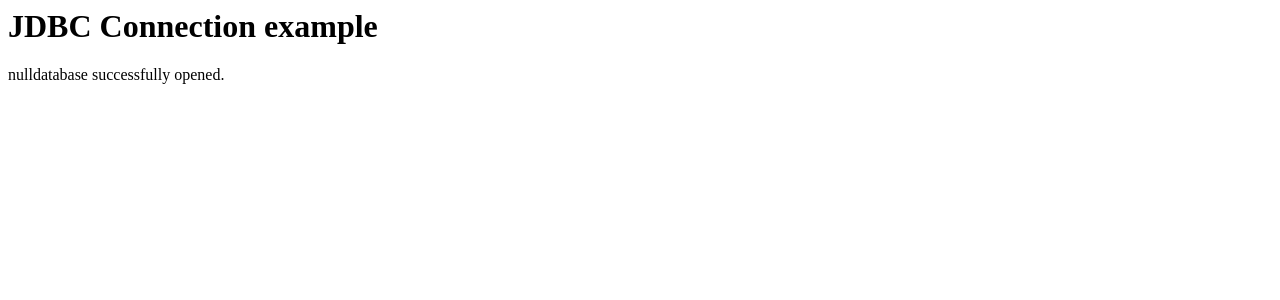
Repository: emmaclkasper/CS4300
Page: http://localhost/test/database.jsp
An editor plug-in stored every save of this project. The page is shown before and after a run of saves, followed by the edit.
The browser window is 1280 px wide. The pictures show the whole page.
The page is served by Tomcat 9. Other server files are loaded and not shown.

Above is the page before, as saved 2020-04-28 14:30:01.

### test/WebContent/database.jsp
<%@ page import="java.sql.*"%>
<html>
<head>
<title>JDBC Connection example</title>
</head>

<body>
<h1>JDBC Connection example</h1>

<%
  String db = request.getParameter("db");
  String user = db; // assumes database name is the same as username

  String name=request.getParameter("name");
  String price=request.getParameter("price");


  try {
    java.sql.Connection con;
    Class.forName("com.mysql.jdbc.Driver");
    Connection conn = DriverManager.getConnection("jdbc:mysql://localhost:3306/test", "root", "password");
    out.println (db+ "database successfully opened.");
  }
  catch(SQLException e) {
    out.println("SQLException caught: " +e.getMessage());
  }
%>

</body>
</html>

After the next 3 saves:
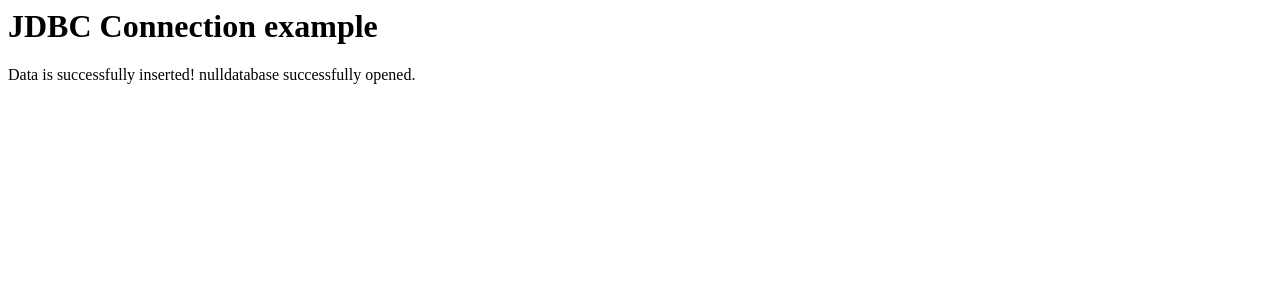
The 3 saves are shown as one change because 2 did not build or start.
The last was saved 7 min 54 s later.
--- a/test/WebContent/database.jsp
+++ b/test/WebContent/database.jsp
@@ -1,4 +1,6 @@
 <%@ page import="java.sql.*"%>
+<%@ page language="java" contentType="text/html; charset=ISO-8859-1"
+pageEncoding="ISO-8859-1"%>
 <html>
 <head>
 <title>JDBC Connection example</title>
@@ -19,6 +21,12 @@
     java.sql.Connection con;
     Class.forName("com.mysql.jdbc.Driver");
     Connection conn = DriverManager.getConnection("jdbc:mysql://localhost:3306/test", "root", "password");
+
+    Statement st=conn.createStatement();
+
+    int i=st.executeUpdate("insert into users(first_name,last_name,city_name,email)values('"+name+"','"+price+"')");
+    out.println("Data is successfully inserted!");
+
     out.println (db+ "database successfully opened.");
   }
   catch(SQLException e) {
